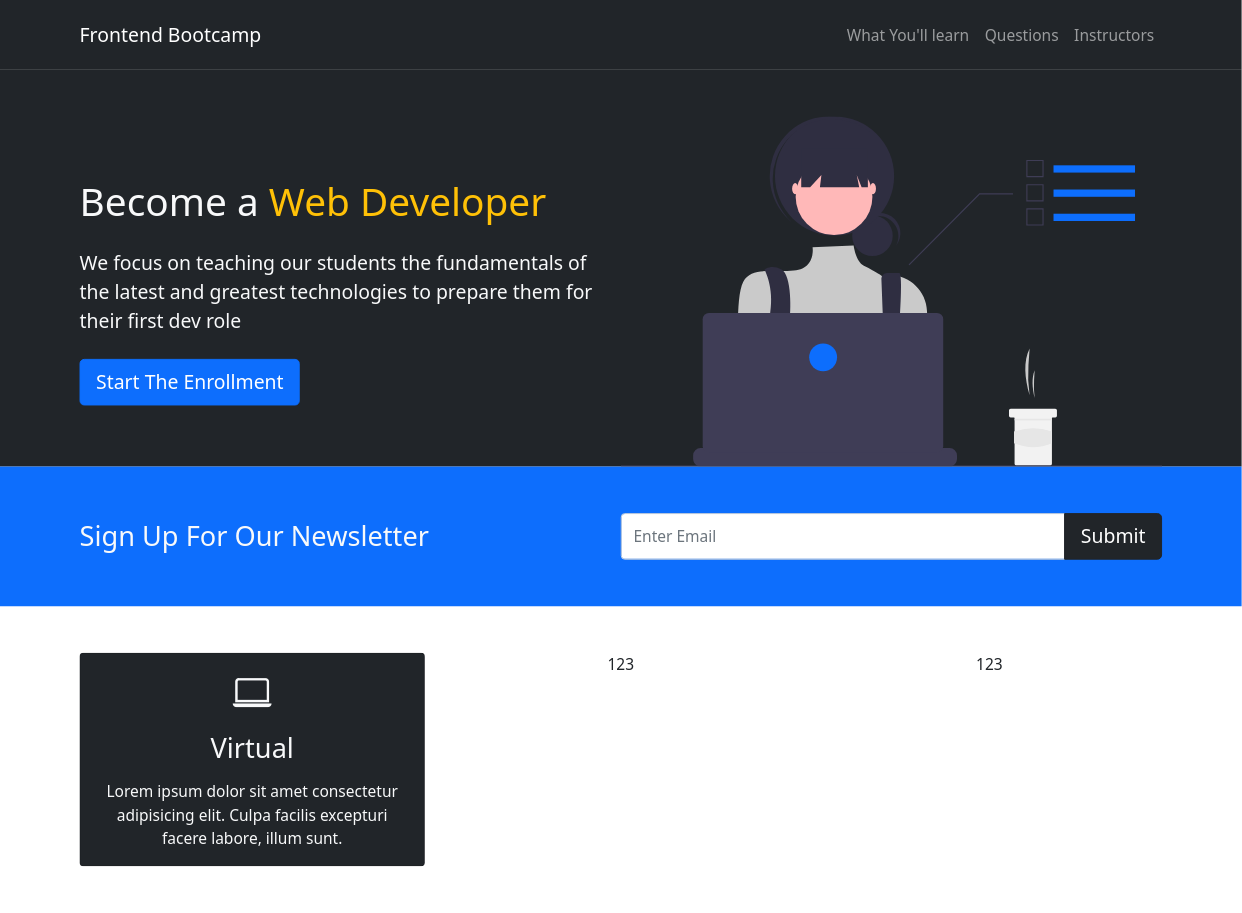
Repository: Marhamat92/Bootstrap5-Responsive-Website-
Page: index.html
The author's editor kept a copy of each file at every save. The page is drawn from the files as they stood at one save, then again after the next save.
The browser window is 1280 px wide. The pictures show the whole page, at 97% of full size.
Some web libraries are served in a nearby version.

Above is the page before, as saved 2021-09-18 17:16:25.

### index.html
<!DOCTYPE html>
<html lang="en">

<head>
    <meta charset="UTF-8">
    <meta http-equiv="X-UA-Compatible" content="IE=edge">
    <meta name="viewport" content="width=device-width, initial-scale=1.0">
    <link href="https://cdn.jsdelivr.net/npm/bootstrap@5.0.2/dist/css/bootstrap.min.css" rel="stylesheet"
        integrity="sha384-EVSTQN3/azprG1Anm3QDgpJLIm9Nao0Yz1ztcQTwFspd3yD65VohhpuuCOmLASjC" crossorigin="anonymous">
    <link rel="stylesheet" href="https://cdn.jsdelivr.net/npm/bootstrap-icons@1.3.0/font/bootstrap-icons.css">
    <link rel="stylesheet" href="style.css">
    <title>Frontend Bootcamp</title>

</head>

<body>
    <!--Navbar-->
    <nav class="navbar navbar-expand-lg bg-dark navbar-dark py-3">
        <div class="container">
            <a href="#" class="navbar-brand">Frontend Bootcamp</a>
            <button class="navbar-toggler" type="button" data-bs-toggle="collapse" data-bs-target="#navmenu">
                <span class="navbar-toggler-icon"></span>
            </button>
            <div class="collapse navbar-collapse" id="navmenu">
                <ul class="navbar-nav ms-auto">
                    <li class="nav-item">
                        <a href="#learn" class="nav-link">What You'll learn</a>
                    </li>
                    <li class="nav-item">
                        <a href="#questions" class="nav-link">Questions</a>
                    </li>
                    <li class="nav-item">
                        <a href="#instructors" class="nav-link">Instructors</a>
                    </li>
                </ul>
            </div>
        </div>
    </nav>

    <!--Showcase-->

    <section class="bg-dark text-light p-5 p-lg-0 pt-lg-5 text-center text-sm-start">
        <div class="container">
            <div class="d-sm-flex align-items-center justify-content-between">
                <div>
                    <h1>Become a <span class="text-warning">Web Developer</span> </h1>
                    <p class="lead my-4">We focus on teaching our students the fundamentals of the latest and
                        greatest technologies to prepare them for their first dev role
                    </p>
                    <button class="btn btn-primary btn-lg">Start The Enrollment</button>
                </div>
                <img class="img-fluid w-50 d-none d-sm-block" src="img/showcase.svg" alt="showcase">
            </div>
        </div>
    </section>


    <!--Newsletter-->
    <section class=" bg-primary text-light p-5">
        <div class="container">
            <div class="d-md-flex justify-content-between align-items-center">
                <h3 class="mb-3 mb-md-0">Sign Up For Our Newsletter</h3>
                <div class="input-group news-input">
                    <input type="text" class="form-control" placeholder="Enter Email">
                    <button class="btn btn-dark btn-lg" type="button">Submit</button>
                </div>

            </div>
        </div>
    </section>

    <!--Boxes-->
    <section class="p-5">
        <div class="container">
            <div class="row text-center">
                <div class="col-md">
                    <div class="card bg-dark text-light">
                        <div class="card-body text-center">
                            <div class="h1 mb-3"><i class="bi bi-laptop"></i>
                            </div>
                            <h3 class="title mb-3">Virtual</h3>
                            <p class="card-text">
                                Lorem ipsum dolor sit amet consectetur adipisicing elit. Culpa facilis excepturi facere labore, illum sunt.
                            </p>
                        </div>
                    </div>
                </div>
                <div class="col-md">123</div>
                <div class="col-md">123</div>
            </div>
        </div>
    </section>






















    <script src="https://cdn.jsdelivr.net/npm/bootstrap@5.0.2/dist/js/bootstrap.bundle.min.js"
        integrity="sha384-MrcW6ZMFYlzcLA8Nl+NtUVF0sA7MsXsP1UyJoMp4YLEuNSfAP+JcXn/tWtIaxVXM" crossorigin="anonymous">
    </script>
</body>

</html>

### style.css
@media (min-width:768px) {
    .news-input{
        width:50%;
    }
}

After the next save:
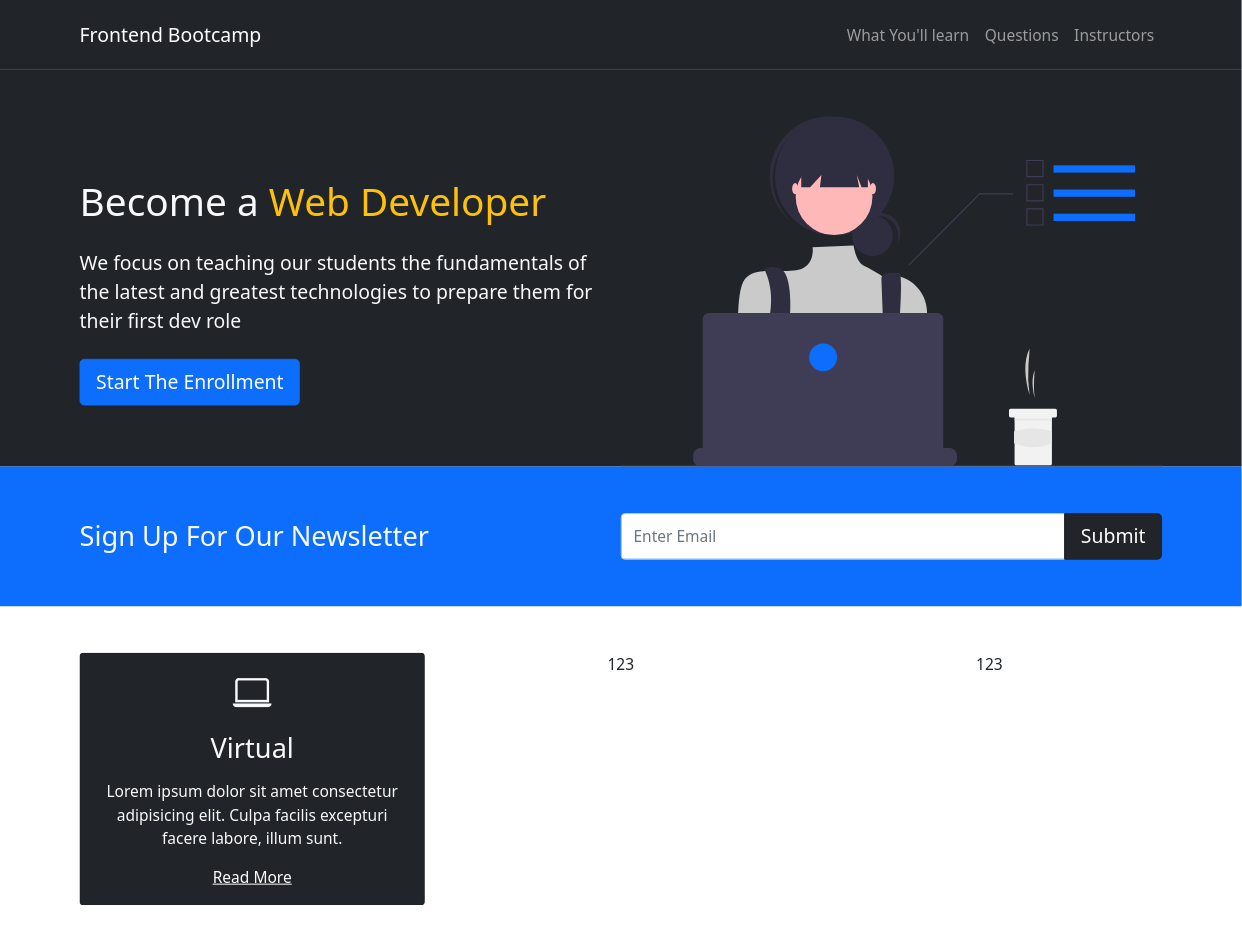
Saved 6 min 48 s later.
--- a/index.html
+++ b/index.html
@@ -82,6 +82,7 @@
                             <p class="card-text">
                                 Lorem ipsum dolor sit amet consectetur adipisicing elit. Culpa facilis excepturi facere labore, illum sunt.
                             </p>
+                            <a href="#" class="btn-dark">Read More</a>
                         </div>
                     </div>
                 </div>
